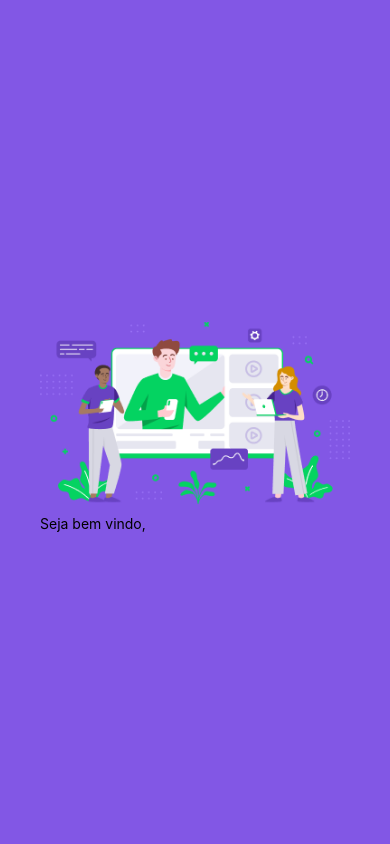
Repository: R4YC0NLima/Proffy_nlw
Screen: / (app in proffy_mobile/)
The author's editor kept a copy of each file at every save. The screen is drawn from the files as they stood at one save, then again after a run of saves.
The app was drawn by React Native's web renderer in a window 390 px wide. The project was rebuilt for these pictures with package versions that can differ from the ones it lists, and the page was loaded fresh each time.

Above is the screen before, as saved 2020-08-12 08:39:29.

After the next 2 saves:
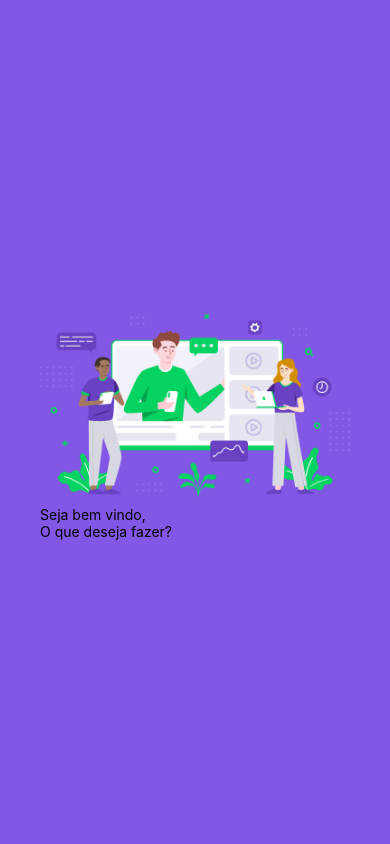
The 2 saves are shown as one change because they came seconds apart.
The last was saved 8 s later.
--- a/proffy_mobile/src/pages/Landing/index.tsx
+++ b/proffy_mobile/src/pages/Landing/index.tsx
@@ -10,7 +10,7 @@ function Landing() {
     <View style={styles.container}>
       <Image source={landingImg} style={styles.banner} />
       <Text style={styles.title}>Seja bem vindo, {'\n'}
-        <Text style={styles.titleBold}></Text>
+        <Text style={styles.titleBold}>O que deseja fazer?</Text>
       </Text>
     </View>
   );
